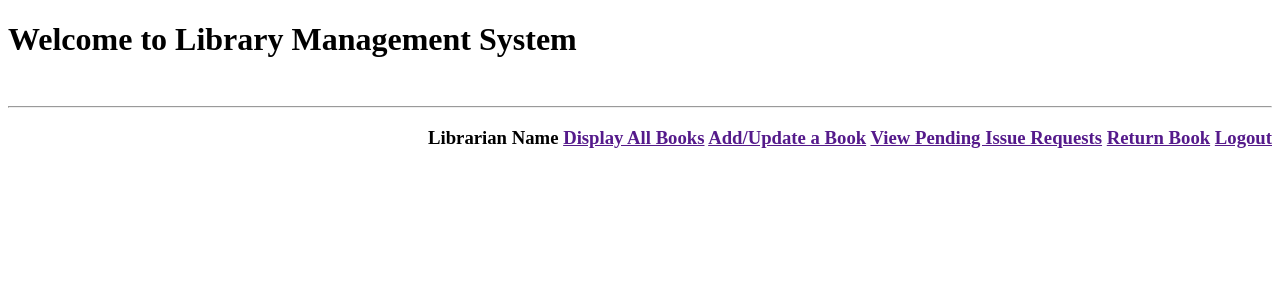
Repository: paragpatidar/LibraryManagementSystem
Page: http://localhost/LibraryManagementSystemSpring/LibrarianMain.jsp
These files come from the project's save history. The page is drawn as it stood at one moment and after the next save; the edit follows.
The browser window is 1280 px wide. The pictures show the whole page.
The page is served by Tomcat 9. Nobody is signed in. The application's start-up code is not run. Other server files are loaded and not shown.

Above is the page before, as saved 2017-11-07 10:17:27.

### LibraryManagementSystemSpring/WebContent/LibrarianMain.jsp
<%@ page language="java" contentType="text/html; charset=ISO-8859-1"
    pageEncoding="ISO-8859-1"%>
<!DOCTYPE html PUBLIC "-//W3C//DTD HTML 4.01 Transitional//EN" "http://www.w3.org/TR/html4/loose.dtd">
<html>
<head>
<meta http-equiv="Content-Type" content="text/html; charset=ISO-8859-1">
<title>LibrarianHome</title>
</head>
<body>
<h1>Welcome to Library Management System</h1>
<br>
<hr>
<h3 align="right"><%-- ${username } --%>Librarian Name
<a href="">Display All Books</a>
<a href="">Add/Update a Book</a>
<a href="">View Pending Issue Requests</a>
<a href="">Return Book</a>
<a href="" align="right">Logout</a>


</body>
</html>

After the next save:
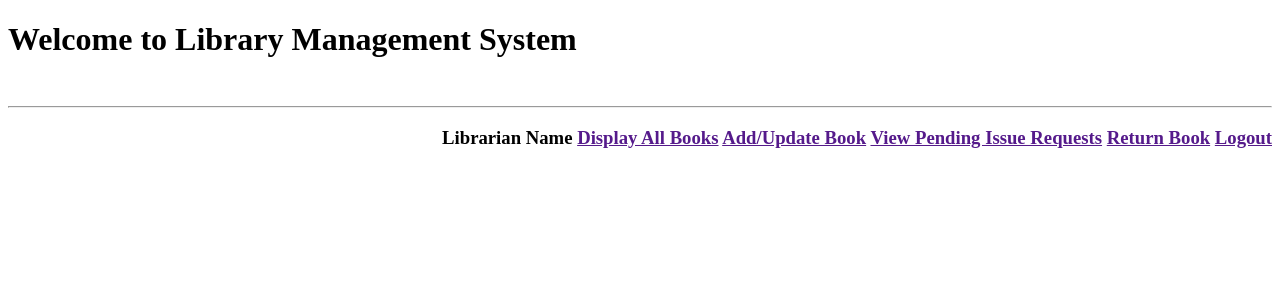
Saved 70 s later.
--- a/LibraryManagementSystemSpring/WebContent/LibrarianMain.jsp
+++ b/LibraryManagementSystemSpring/WebContent/LibrarianMain.jsp
@@ -1,5 +1,5 @@
 <%@ page language="java" contentType="text/html; charset=ISO-8859-1"
-    pageEncoding="ISO-8859-1"%>
+	pageEncoding="ISO-8859-1"%>
 <!DOCTYPE html PUBLIC "-//W3C//DTD HTML 4.01 Transitional//EN" "http://www.w3.org/TR/html4/loose.dtd">
 <html>
 <head>
@@ -7,16 +7,15 @@
 <title>LibrarianHome</title>
 </head>
 <body>
-<h1>Welcome to Library Management System</h1>
-<br>
-<hr>
-<h3 align="right"><%-- ${username } --%>Librarian Name
-<a href="">Display All Books</a>
-<a href="">Add/Update a Book</a>
-<a href="">View Pending Issue Requests</a>
-<a href="">Return Book</a>
-<a href="" align="right">Logout</a>
-
-
+	<h1>Welcome to Library Management System</h1>
+	<br>
+	<hr>
+	<h3 align="right">
+		<%-- ${username } --%>Librarian Name
+	<a href="">Display All Books</a>
+	<a href="">Add/Update Book</a>
+	<a href="">View Pending Issue Requests</a>
+	<a href="">Return Book</a>
+	<a href="" align="right">Logout</a>
 </body>
 </html>
